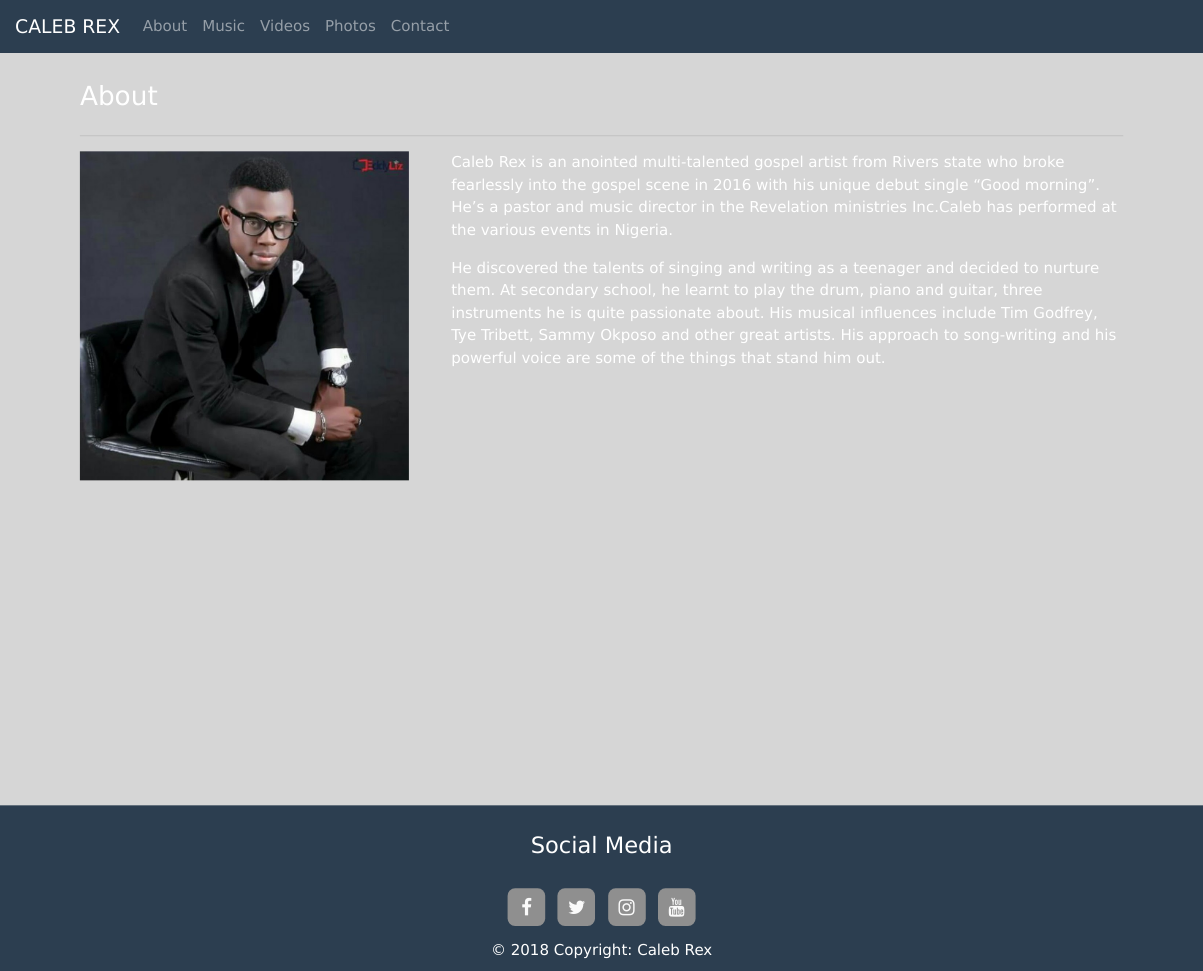
Repository: IchaTreasure/caleb-rex
Page: about.html
The author's editor kept a record of every edit. The page is drawn from the files as they stood at one moment, then again after the next edit.
The browser window is 1280 px wide. The pictures show the whole page, at 94% of full size.
Some web libraries are served in a nearby version.

Above is the page before.

### about.html
<!DOCTYPE html>
<html lang="en">

<head>
  <meta charset="UTF-8">
  <meta name="viewport" content="width=device-width, initial-scale=1.0">
  <meta http-equiv="X-UA-Compatible" content="ie=edge">
  <link rel="stylesheet" href="https://maxcdn.bootstrapcdn.com/bootstrap/4.1.3/css/bootstrap.min.css">
  <link rel="stylesheet" href="https://use.fontawesome.com/releases/v5.6.1/css/all.css" integrity="sha384-gfdkjb5BdAXd+lj+gudLWI+BXq4IuLW5IT+brZEZsLFm++aCMlF1V92rMkPaX4PP" crossorigin="anonymous">
  <link rel="stylesheet" href="https://stackpath.bootstrapcdn.com/bootstrap/4.3.1/css/bootstrap.min.css" type="text/css" />
  <link rel="stylesheet" href="https://stackpath.bootstrapcdn.com/font-awesome/4.7.0/css/font-awesome.min.css" type="text/css" />
  <link rel="stylesheet" href="https://cdnjs.cloudflare.com/ajax/libs/hover.css/2.3.1/css/hover-min.css" type="text/css" />
  <link href="https://fonts.googleapis.com/css?family=Roboto:400,700" rel="stylesheet">
  <link rel="stylesheet" href="css/style.css" type="text/css" />
  <title>Caleb Rex</title>
</head>

<body style="background-color: #2c3e50">
  <!-- ------------------------------------------------------------------------------------------------------Navigation Bar -->
  <nav class="navbar navbar-expand-md navbar-dark fixed-top" style="background-color: #2c3e50">
    <a class="navbar-brand" href="index.html">CALEB REX</a>
    <button class="navbar-toggler" type="button" data-toggle="collapse" data-target="#navbarsExampleDefault" aria-controls="navbarsExampleDefault" aria-expanded="false" aria-label="Toggle navigation">
    <span class="navbar-toggler-icon"></span>
  </button>

    <div class="collapse navbar-collapse" id="navbarsExampleDefault">
      <ul class="navbar-nav mr-auto">
        <li class="nav-item right" data-toggle="collapse" data-target=".navbar-collapse.show">
          <a class="nav-link" href="about.html">About</a>
        </li>
        <li class="nav-item right" data-toggle="collapse" data-target=".navbar-collapse.show">
          <a class="nav-link" href="music.html">Music</a>
        </li>
        <li class="nav-item right" data-toggle="collapse" data-target=".navbar-collapse.show">
          <a class="nav-link" href="videos.html">Videos</a>
        </li>
        <li class="nav-item right" data-toggle="collapse" data-target=".navbar-collapse.show">
          <a class="nav-link" href="photos.html">Photos</a>
        </li>
        <li class="nav-item right" data-toggle="collapse" data-target=".navbar-collapse.show">
          <a class="nav-link" href="contact.html">Contact</a>
        </li>
      </ul>
    </div>
  </nav>


  <!-- About section -->
  <section style="background-color: #D6D6D6">
    <!-- Page Content -->
    <div class="container" Style="padding-top: 30px">
      <div class="row">
        <h3 style="padding-left: 15px">About</h3>
      </div>
      <hr>
      <div class="row">
        <div class="col-md-4 mb-5">
          <img src="images/About-Caleb.jpg" Style="width: 100%"></img>
        </div>
        <div class="col-md-8 mb-5" Style="padding-left: 30px; padding-bottom: 400px;">
          <p>Caleb Rex is an anointed multi-talented gospel artist from Rivers state who broke fearlessly into the gospel scene in 2016 with his unique debut single “Good morning”. He’s a pastor and music director in the Revelation ministries Inc.Caleb has
            performed at the various events in Nigeria.</p>

          <p>He discovered the talents of singing and writing as a teenager and decided to nurture them. At secondary school, he learnt to play the drum, piano and guitar, three instruments he is quite passionate about. His musical influences include Tim
            Godfrey, Tye Tribett, Sammy Okposo and other great artists. His approach to song-writing and his powerful voice are some of the things that stand him out.</p>

        </div>
      </div>
    </div>
  </section>

  <!-- Footer -->
  <footer class="py-1" style="background-color: #2c3e50; text-align: center;">
    <div class="container">
      <br>
      <h4 style = "color: white">Social Media</h4>
      <br>
      <ul class="list-inline social-links">
        <li class="list-inline-item">
          <a target="_blank" href="https://www.facebook.com/caleb.rex.96"><i class = " fa fa-facebook" aria-hidden="true"></i><span class = "sr-only">Facebook</span></a>
        </li>
        <li class="list-inline-item">
          <a target="_blank" href="https://twitter.com/calebrex01"><i class = " fa fa-twitter" aria-hidden="true"></i><span class = "sr-only">Twitter</span></a>
        </li>
        <li class="list-inline-item">
          <a target="_blank" href="https://www.instagram.com/caleb.rex01/"><i class = " fa fa-instagram" aria-hidden="true"></i><span class = "sr-only">Instagram</span></a>
        </li>
        <li class="list-inline-item">
          <a target="_blank" href="https://www.youtube.com/channel/UC_B7e65upco510Sio9dZJhg"><i class = " fa fa-youtube" aria-hidden="true"></i><span class = "sr-only">Youtube</span></a>
        </li>
      </ul>
    </div>

    <h6 style="text-align: center; color: white;">© 2018 Copyright: Caleb Rex</h6>
    <!-- /.container -->
  </footer>
  <!-- Bootstrap core JavaScript -->
  <script src="https://code.jquery.com/jquery-3.3.1.slim.min.js" integrity="sha384-q8i/X+965DzO0rT7abK41JStQIAqVgRVzpbzo5smXKp4YfRvH+8abtTE1Pi6jizo" crossorigin="anonymous"></script>
  <script src="https://cdnjs.cloudflare.com/ajax/libs/popper.js/1.14.7/umd/popper.min.js" integrity="sha384-UO2eT0CpHqdSJQ6hJty5KVphtPhzWj9WO1clHTMGa3JDZwrnQq4sF86dIHNDz0W1" crossorigin="anonymous"></script>
  <script src="https://stackpath.bootstrapcdn.com/bootstrap/4.3.1/js/bootstrap.min.js" integrity="sha384-JjSmVgyd0p3pXB1rRibZUAYoIIy6OrQ6VrjIEaFf/nJGzIxFDsf4x0xIM+B07jRM" crossorigin="anonymous"></script>

</body>

</html>

### css/style.css
/*---------------------------- css for body */
body {
  font-family: 'Lucida Grande', sans-serif;
  padding-top: 56px;
}

ul li a .active-page
{
  background-color:black;
}

p{
	color: white;
}

h1, h2, h3, h4, h5, h6 {
	color: white;
}

label{
	color: white;
}

/*----------------------------------------- Modal Styling */
.modal-body{
    color: #615650;
    text-align: center;
}

.modal-content{
    background-color: #dbc7bd;
    padding: 20px;
}

.img-hover:hover{
    cursor: pointer;
    opacity: 0.6;
    transition: all 0.35s ease-in-out;
    -moz-transition: all 0.35s ease-in-out;
    -webkit-transition: all 0.35s ease-in-out;
    -o-transition: all 0.35s ease-in-out;
}

/*---------------------------- css for contact form*/
.form-style-1 {
	margin:10px auto;
	max-width: 400px;
	padding: 20px 12px 10px 20px;
	font: 13px "Lucida Sans Unicode", "Lucida Grande", sans-serif;
}
.form-style-1 li {
	padding: 0;
	display: block;
	list-style: none;
	margin: 10px 0 0 0;
}
.form-style-1 label{
	margin:0 0 3px 0;
	padding:0px;
	display:block;
	font-weight: bold;
}
.form-style-1 input[type=text],
.form-style-1 input[type=date],
.form-style-1 input[type=datetime],
.form-style-1 input[type=number],
.form-style-1 input[type=search],
.form-style-1 input[type=time],
.form-style-1 input[type=url],
.form-style-1 input[type=email],
textarea,
select{
	box-sizing: border-box;
	-webkit-box-sizing: border-box;
	-moz-box-sizing: border-box;
	border:1px solid #BEBEBE;
	padding: 7px;
	margin:0px;
	-webkit-transition: all 0.30s ease-in-out;
	-moz-transition: all 0.30s ease-in-out;
	-ms-transition: all 0.30s ease-in-out;
	-o-transition: all 0.30s ease-in-out;
	outline: none;
}

.form-style-1 input[type=text]:focus,
.form-style-1 input[type=date]:focus,
.form-style-1 input[type=datetime]:focus,
.form-style-1 input[type=number]:focus,
.form-style-1 input[type=search]:focus,
.form-style-1 input[type=time]:focus,
.form-style-1 input[type=url]:focus,
.form-style-1 input[type=email]:focus,
.form-style-1 textarea:focus,
.form-style-1 select:focus{
	-moz-box-shadow: 0 0 8px #88D5E9;
	-webkit-box-shadow: 0 0 8px #88D5E9;
	box-shadow: 0 0 8px #88D5E9;
	border: 1px solid #88D5E9;
}

.form-style-1 .field-divided{
	width: 49%;
}

.form-style-1 .field-long{
	width: 100%;
}
.form-style-1 .field-select{
	width: 100%;
}
.form-style-1 .field-textarea{
	height: 100px;
}
.form-style-1 input[type=submit], .form-style-1 input[type=button]{
	background: #4B99AD;
	padding: 8px 15px 8px 15px;
	border: none;
	color: #fff;
}

.form-style-1 input[type=submit]:hover, .form-style-1 input[type=button]:hover{
	background: #4691A4;
	box-shadow:none;
	-moz-box-shadow:none;
	-webkit-box-shadow:none;
}

.form-style-1 .required{
	color:red;
}

/*---------------------------- css for footer*/
footer {
  background-color: #7D0D11;
  color: black;
}

.social-links li a i {
  width: 40px;
  height: 40px;
  padding: 10px;
  border-radius: 20%;
  font-size: 20px;
  line-height: 20px;
  text-align: center;
  color: #fafafa;
  background: #8f8f8f;
  transition: all 0.35s ease-in-out;
  -moz-transition: all 0.35s ease-in-out;
  -webkit-transition: all 0.35s ease-in-out;
  -o-transition: all 0.35s ease-in-out;
}

.social-links li a i:hover {
  background: black;
}

After the next edit:
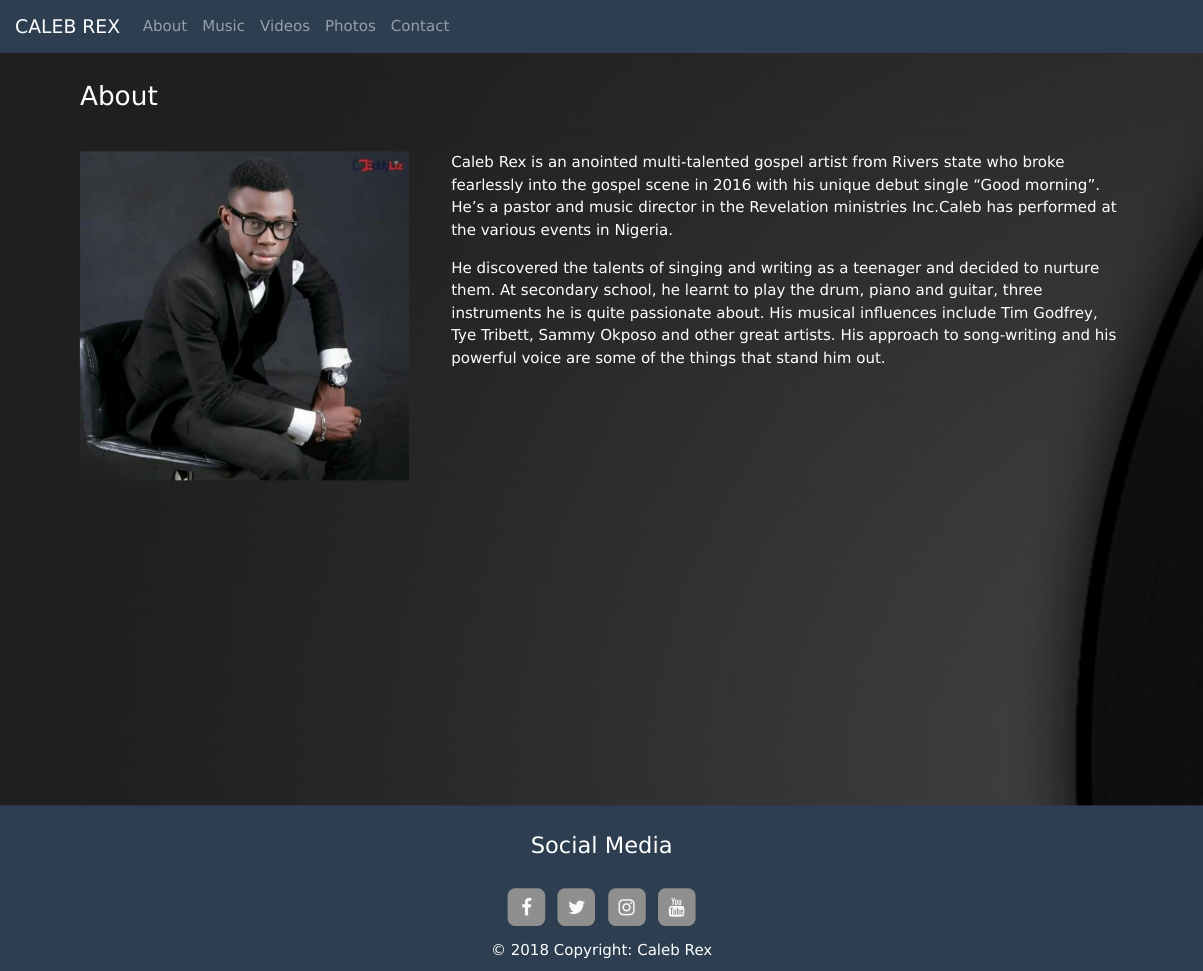
The edit:
--- a/about.html
+++ b/about.html
@@ -46,7 +46,7 @@
 
 
   <!-- About section -->
-  <section style="background-color: #D6D6D6">
+  <section style="background-color: #bc3636; background-image: url('images/photos-page.png'); Width: 100%;">
     <!-- Page Content -->
     <div class="container" Style="padding-top: 30px">
       <div class="row">
